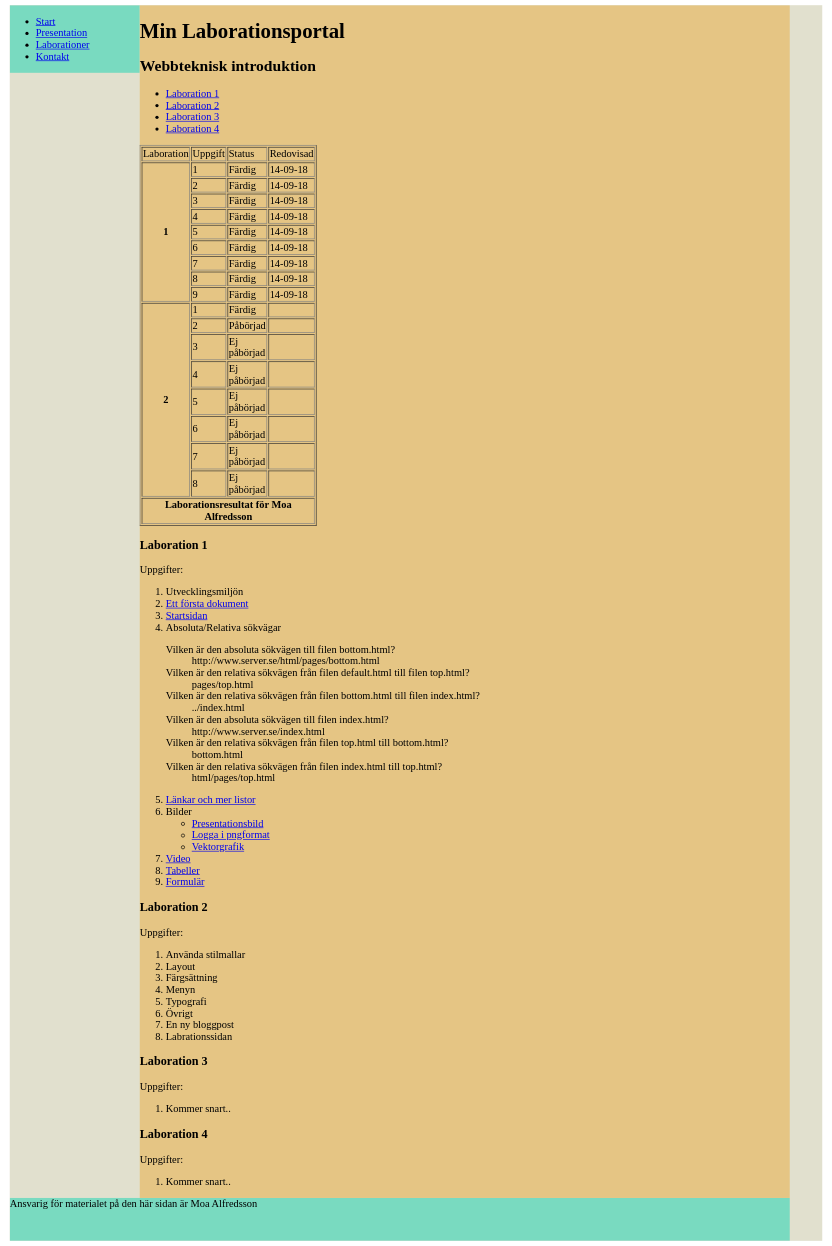
Repository: ma223md/1ik415
Page: Pages/laborationer.html
The author's editor kept a record of every edit. The page is drawn from the files as they stood at one moment, then again after the next edit.
The browser window is 1280 px wide. The pictures show the whole page, at 65% of full size.

Above is the page before.

### Pages/laborationer.html
<!DOCTYPE html>
<html>
    <head>
        <title>Laborationer</title>
        <meta charset="UTF-8">
        <!-- Gör så att svenska bokstäver visas korrekt -->
        <link rel="stylesheet" href="../css/style.css" />
    </head>
    <body>
        <div id="container">
            <div id="navigation">
                <ul>
                    <li><a href="../Index.html">Start</a></li>
                    <li><a href="../Pages/presentation.html">Presentation</a></li>
                    <li><a href="../Pages/laborationer.html">Laborationer</a></li>
                    <li><a href="../Pages/kontakt.html">Kontakt</a></li>
                </ul>
            </div>
            <div id="content">
                <h1>Min Laborationsportal</h1>
                <h2>Webbteknisk introduktion</h2>

                <ul>
                    <li><a href="#lab1">Laboration 1</a></li>
                    <li><a href="#lab2">Laboration 2</a></li>
                    <li><a href="#lab3">Laboration 3</a></li>
                    <li><a href="#lab4">Laboration 4</a></li>
                </ul>

                <table border="1" style="width:20%">
                    <tr>
                        <td>Laboration</td>
                        <td>Uppgift</td>
                        <td>Status</td>
                        <td>Redovisad</td>
                    </tr>
                    <tr>
                        <th rowspan="9">1</th>
                        <td>1</td>
                        <td>Färdig</td>
                        <td>14-09-18</td>
                    </tr>
                    <tr>
                        <td>2</td>
                        <td>Färdig</td>
                        <td>14-09-18</td>
                    </tr>
                    <tr>
                        <td>3</td>
                        <td>Färdig</td>
                        <td>14-09-18</td>
                    </tr>
                    <tr>
                        <td>4</td>
                        <td>Färdig</td>
                        <td>14-09-18</td>
                    </tr>
                    <tr>
                        <td>5</td>
                        <td>Färdig</td>
                        <td>14-09-18</td>
                    </tr>
                    <tr>
                        <td>6</td>
                        <td>Färdig</td>
                        <td>14-09-18</td>
                    </tr>
                    <tr>
                        <td>7</td>
                        <td>Färdig</td>
                        <td>14-09-18</td>
                    </tr>
                    <tr>
                        <td>8</td>
                        <td>Färdig</td>
                        <td>14-09-18</td>
                    </tr>
                    <tr>
                        <td>9</td>
                        <td>Färdig</td>
                        <td>14-09-18</td>
                    </tr>
                    <tr>
                        <th rowspan="8">2</th>
                        <td>1</td>
                        <td>Färdig</td>
                        <td></td>
                    </tr>
                    <tr>
                        <td>2</td>
                        <td>Påbörjad</td>
                        <td></td>
                    </tr>
                    <tr>
                        <td>3</td>
                        <td>Ej påbörjad</td>
                        <td></td>
                    </tr>
                    <tr>
                        <td>4</td>
                        <td>Ej påbörjad</td>
                        <td></td>
                    </tr>
                    <tr>
                        <td>5</td>
                        <td>Ej påbörjad</td>
                        <td></td>
                    </tr>
                    <tr>
                        <td>6</td>
                        <td>Ej påbörjad</td>
                        <td></td>
                    </tr>
                    <tr>
                        <td>7</td>
                        <td>Ej påbörjad</td>
                        <td></td>
                    </tr>
                    <tr>
                        <td>8</td>
                        <td>Ej påbörjad</td>
                        <td></td>
                    </tr>
                    <tr>
                        <th colspan="4">Laborationsresultat för Moa Alfredsson</th>
                    </tr>
                </table>

                <h3><a id="lab1">Laboration 1</a></h3>
                <p>Uppgifter:</p>
                <ol>
                    <li>Utvecklingsmiljön</li>
                    <li><a href="../Index.html">Ett första dokument</a></li>
                    <li><a href="../Index.html">Startsidan</a></li>
                    <li>Absoluta/Relativa sökvägar
                        <dl>
                            <dt>Vilken är den absoluta sökvägen till filen bottom.html?</dt>
                            <dd>http://www.server.se/html/pages/bottom.html</dd>
                            <dt>Vilken är den relativa sökvägen från filen default.html till filen top.html?</dt>
                            <dd>pages/top.html</dd>
                            <dt>Vilken är den relativa sökvägen från filen bottom.html till filen index.html?</dt>
                            <dd>../index.html</dd>
                            <dt>Vilken är den absoluta sökvägen till filen index.html?</dt>
                            <dd>http://www.server.se/index.html  </dd>
                            <dt>Vilken är den relativa sökvägen från filen top.html till bottom.html?</dt>
                            <dd>bottom.html</dd>
                            <dt>Vilken är den relativa sökvägen från filen index.html till top.html?</dt>
                            <dd>html/pages/top.html</dd>
                        </dl>
                    </li>

                    <li><a href="laborationer.html">Länkar och mer listor</a></li>
                    <li>Bilder
                        <ul>
                            <li><a href="../Pages/presentation.html#presentationsbild">Presentationsbild</a></li>
                            <li><a href="../Pictures/logga2.png">Logga i pngformat</a></li>
                            <li><a href="../Index.html#vektorgrafik">Vektorgrafik</a></li>
                        </ul>
                    </li>
                    <li><a href="../Index.html">Video</a></li>
                    <li><a href="laborationer.html">Tabeller</a></li>
                    <li><a href="kontakt.html">Formulär</a></li>
                </ol>

                <h3><a id="lab2">Laboration 2</a></h3>
                <p>Uppgifter:</p>
                <ol>
                    <li>Använda stilmallar</li>
                    <li>Layout</li>
                    <li>Färgsättning</li>
                    <li>Menyn</li>
                    <li>Typografi</li>
                    <li>Övrigt</li>
                    <li>En ny bloggpost</li>
                    <li>Labrationssidan</li>
                </ol>

                <h3><a id="lab3">Laboration 3</a></h3>
                <p>Uppgifter:</p>
                <ol>
                    <li>Kommer snart..</li>
                </ol>

                <h3><a id="lab4">Laboration 4</a></h3>
                <p>Uppgifter:</p>
                <ol>
                    <li>Kommer snart..</li>
                </ol>
            </div>
            <div id="footer">
                <p>Ansvarig för materialet på den här sidan är Moa Alfredsson</p>
            </div>
        </div>
    </body>
</html>

### css/style.css
/* Layout */

/*  Colors
    Main: #e1e0ce
    Navigation: #79dac0
    Content: #e5c584
*/

#container
    {
        background: #e1e0ce;
        width: 1250px;
        overflow: auto;
        margin: 0 auto;
    }

#header
{
    height:250px;
    width: 1200px;
}

#navigation
    {
        float: left;
        background: #79dac0;
        width: 200px;
    }

#content
    {
        width: 1000px;
        background: #e5c584;
        float: left;
    }

#footer
    {
        clear: both;
        background: #79dac0;
        height: 66px;
        width: 1200px;
    }

After the next edit:
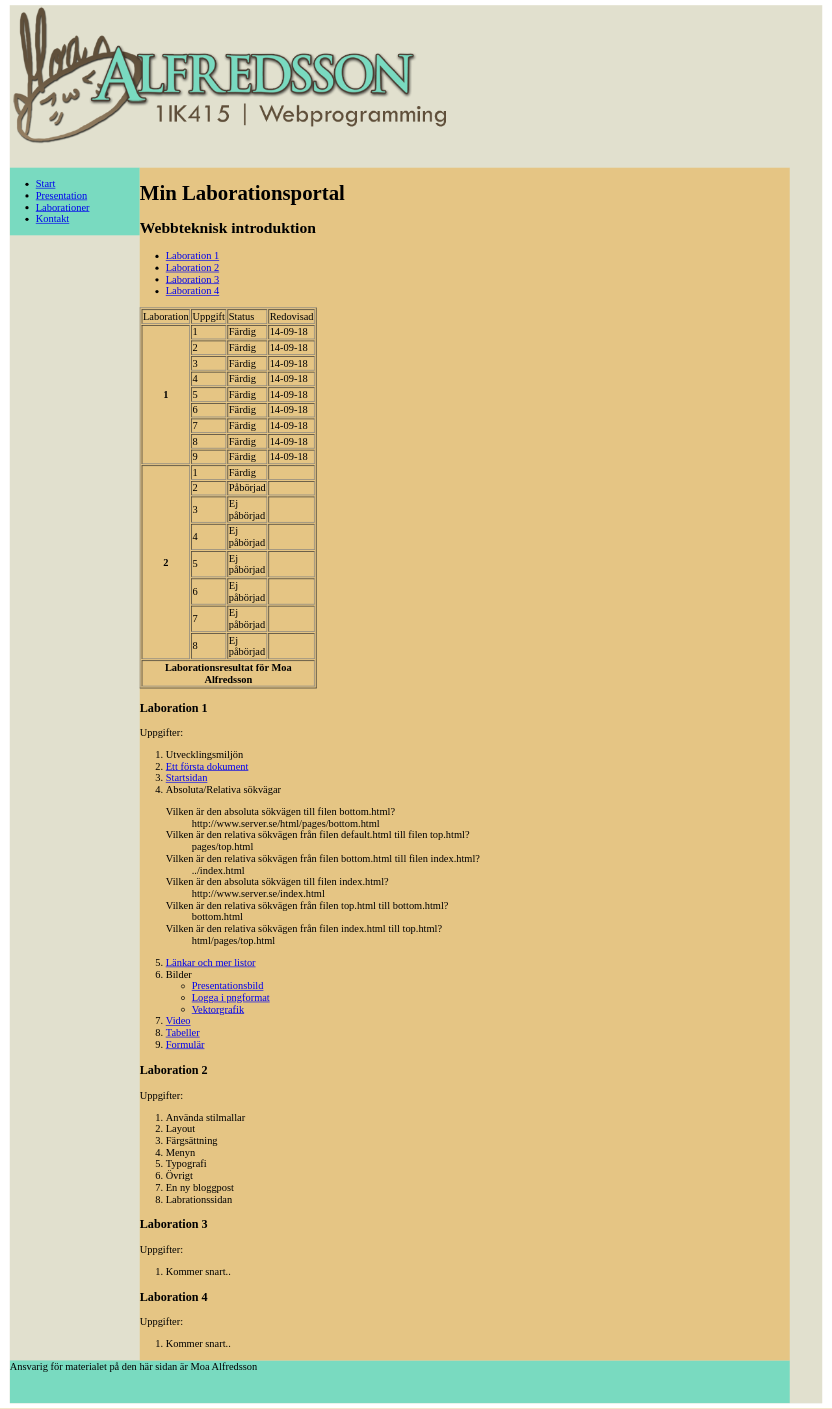
The edit:
--- a/Pages/laborationer.html
+++ b/Pages/laborationer.html
@@ -8,6 +8,9 @@
     </head>
     <body>
         <div id="container">
+            <div id="header">
+                <img src="../Pictures/logga2.png" alt="logga">
+            </div>
             <div id="navigation">
                 <ul>
                     <li><a href="../Index.html">Start</a></li>
